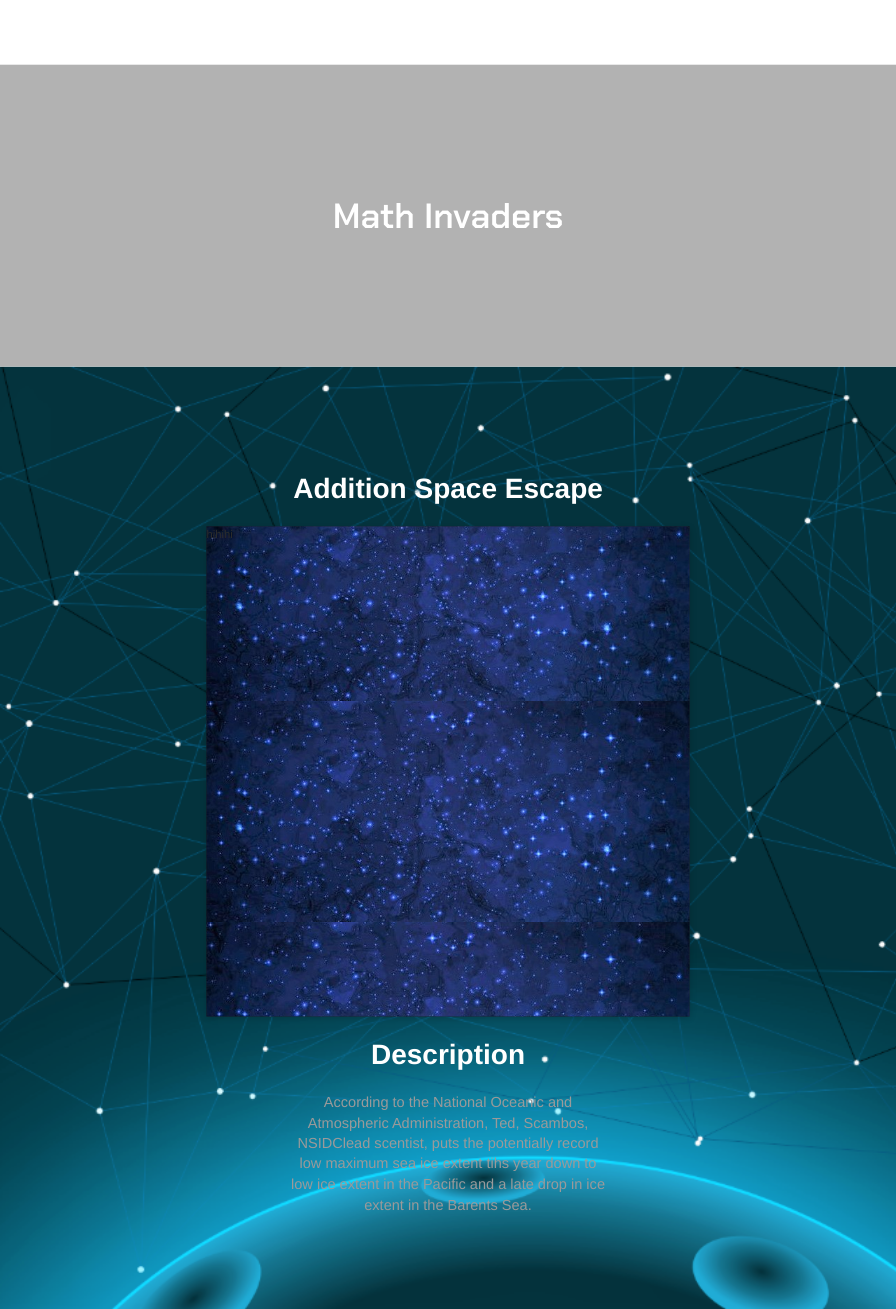
Repository: kkyler24/MathInvader
Page: index.html
The author's editor kept a copy of each file at every save. The page is drawn from the files as they stood at one save, then again after the next save.
The browser window is 1280 px wide. The pictures show the whole page, at 70% of full size.
Some web libraries are served in a nearby version.

Above is the page before, as saved 2020-07-19 19:22:08.
Console error: TypeError: Cannot read properties of null (reading 'appendChild')

### index.html
<!DOCTYPE html>
<html lang="en">
  <head>
    <!-- Required meta tags -->
    <meta charset="utf-8" />
    <meta
      name="viewport"
      content="width=device-width, initial-scale=1, shrink-to-fit=no"
    />

    <!-- Bootstrap CSS -->
    <link
      rel="stylesheet"
      href="https://maxcdn.bootstrapcdn.com/bootstrap/4.0.0/css/bootstrap.min.css"
      integrity="sha384-Gn5384xqQ1aoWXA+058RXPxPg6fy4IWvTNh0E263XmFcJlSAwiGgFAW/dAiS6JXm"
      crossorigin="anonymous"
    />
    <link href="../assets/css/now-ui-kit.css?v=1.2.0" rel="stylesheet" />
    <link
      href="https://fonts.googleapis.com/css2?family=Chakra+Petch:wght@600&display=swap"
      rel="stylesheet"
    />
    <link href="./jsFolder/index.css" rel="stylesheet" />

    <title>Math Invaders</title>
  </head>
  <!-- Navbar -->
  <body class="burger-menu">
    <div id="mainBody">
      <nav
        id="marginb"
        class="navbar navbar-expand-lg fixed-top navbar-transparent"
      >
        <div class="container">
          <a class="navbar-brand" href="#">MCLA</a>
          <div class="separator separator-primary"></div>
          <button
            class="navbar-toggler"
            type="button"
            data-toggle="collapse"
            data-target="#navbarNav"
            aria-controls="navbarNav"
            aria-expanded="false"
            aria-label="Toggle navigation"
          >
            <span class="navbar-toggler-icon"></span>
          </button>
          <div class="collapse navbar-collapse" id="navbarNav">
            <ul class="navbar-nav">
              <li class="nav-item active">
                <a class="nav-link" href="#"
                  >Home <span class="sr-only">(current)</span></a
                >
              </li>
              <li class="nav-item">
                <a class="nav-link" href="#">About Us</a>
              </li>
              <li class="nav-item">
                <a class="nav-link" href="#">Games</a>
              </li>
              <li class="nav-item">
                <a class="nav-link" href="#">Log In</a>
              </li>
            </ul>
          </div>
        </div>
      </nav>
      <div id="wrapper">
        <div class="page-header page-header-small">
          <div class="content-center">
            <div class="container">
              <h1 id="titleG" class="title">Math Invaders</h1>
            </div>
          </div>
        </div>
      </div>
      <div id="backgroundSection" class="section section-about-us">
        <div class="container">
          <div class="section-story-overview">
            <h2 class="title text-center gameT">Addition Space Escape</h2>
            <div class="separator separator-primary"></div>
            <div class="game-wrapper">
<div id="Game" class="Game"> hihihi</div>
<div class="congratulations">
    <h1>Congratulations!</h1>
    <h2>You won the game</h2>
    <button class="btn" onclick="window.location.reload()">Restart</button>
              </div>
              <div class="game-over">
                <h1>GAME OVER</h1>
                <h2>You lost the game</h2>
                <button class="btn" onclick="window.location.reload()">Restart</button>
          </div>
                    </div>
                    <div class="separator separator-primary"></div>
                    <div class="row">
                        <div class="col-md-8 ml-auto mr-auto text-center">
                            <h2 class="title gameT">Description</h2>
                            <h5 class="description">According to the National Oceanic and Atmospheric Administration, Ted, Scambos, NSIDClead scentist, puts the potentially record low maximum sea ice extent tihs year down to low ice extent in the Pacific and a late drop in ice extent in the Barents Sea.</h5>
                        </div>
                    </div>
                </div>
            </div>
        </div>
    </div>
    </div>
    <!-- Optional JavaScript -->
    <!-- jQuery first, then Popper.js, then Bootstrap JS -->
    <script
      src="https://code.jquery.com/jquery-3.2.1.slim.min.js"
      integrity="sha384-KJ3o2DKtIkvYIK3UENzmM7KCkRr/rE9/Qpg6aAZGJwFDMVNA/GpGFF93hXpG5KkN"
      crossorigin="anonymous"
    ></script>
    <script
      src="https://cdnjs.cloudflare.com/ajax/libs/popper.js/1.12.9/umd/popper.min.js"
      integrity="sha384-ApNbgh9B+Y1QKtv3Rn7W3mgPxhU9K/ScQsAP7hUibX39j7fakFPskvXusvfa0b4Q"
      crossorigin="anonymous"
    ></script>
    <script
      src="https://maxcdn.bootstrapcdn.com/bootstrap/4.0.0/js/bootstrap.min.js"
      integrity="sha384-JZR6Spejh4U02d8jOt6vLEHfe/JQGiRRSQQxSfFWpi1MquVdAyjUar5+76PVCmYl"
      crossorigin="anonymous"
    ></script>
    <script src="../assets/js/plugins/bootstrap-switch.js"></script>
    <script
      src="../assets/js/plugins/nouislider.min.js"
      type="text/javascript"
    ></script>
    <script
      src="../assets/js/plugins/bootstrap-datepicker.js"
      type="text/javascript"
    ></script>
    <script
      src="../assets/js/now-ui-kit.js?v=1.2.0"
      type="text/javascript"
    ></script>
    <script src="./jsFolder/Aliens.js"></script>
    <script src="./jsFolder/tokens.js"></script>
    <script src="./jsFolder/game.js"></script>
  </body>
</html>

### jsFolder/index.css
html,
body {
  height: 100%;

  font-size: 16px;
  columns: #222b3f;
}
/*  navbar*/

.navbar.navbar-transparent {
  background-color: transparent !important;
  box-shadow: none;
  color: #fff;
  padding-top: 20px !important;
}

.fixed-top {
  position: fixed;
  top: 0;
  right: 0;
  left: 0;
  z-index: 1030;
}
#navbarNav {
  justify-content: flex-end;
}

#marginb {
  margin-bottom: 20px !important;
}
.navbar {
  position: relative;
  display: flex;
  flex-wrap: wrap;
  align-items: center;
  justify-content: space-between;
  padding: 0.5rem 1rem;
  padding-top: 0.625rem;
  padding-bottom: 0.625rem;
  min-height: 53px;
}

a {
  color: #222b3f;
  text-decoration: none;
  background-color: transparent;
}

.container {
  width: 100%;
  padding-right: 15px;
  padding-left: 15px;
  margin-right: auto;
  margin-left: auto;
}

.button-dropdown {
  padding-right: 0.7rem;
  cursor: pointer;
}

.navbar.navbar-transparent {
  background-color: transparent !important;
  color: #fff;
}

.dropdown {
  position: relative;
}

.navbar > .container {
  display: flex;
  flex-wrap: wrap;
  align-items: center;
  justify-content: space-between;
}

.gameT {
  color: #fff;
}
#titleG {
  font-family: "Chakra Petch", sans-serif;
  font-size: 50px;
  font-weight: 700;
  padding-top: 30px;
}
/*  container */

.page-header.page-header-small {
  min-height: 60vh;
  max-height: 440px;
}

.page-header {
  padding: 0;
  color: #fff;
  position: relative;
  overflow: hidden;
}

.page-header .page-header-image {
  position: absolute;
  background-size: cover;
  background-position: 50%;
  width: 100%;
  height: 100%;
  z-index: -1;
}
.page-header-image {
  background-image: url("./pictures/MathApics/kidsbackgroundspace.png");
  transform: translate3d(0px, 0px, 0px);
}

.navbar-toggler:not(:disabled):not(.disabled) {
  cursor: pointer;
}

.content-center {
  position: absolute;
  top: 50%;
  left: 50%;
  z-index: 2;
  transform: translate(-50%, -50%);
  text-align: center;
  color: #fff;
  padding: 0 15px;
  width: 100%;
  max-width: 880px;
}

.text-center {
  text-align: center !important;
}

.page-header .container {
  height: 100%;
  z-index: 1;
  text-align: center;
  position: relative;
}

.section {
  padding: 70px 0;
  position: relative;
  background: #fff;
}

.row {
  display: flex;
  flex-wrap: wrap;
  margin-right: -15px;
  margin-left: -15px;
}

.ml-auto,
.mx-auto {
  margin-left: auto !important;
}
.mr-auto,
.mx-auto {
  margin-right: auto !important;
}

.col-md-8 {
  position: relative;
  width: 100%;
  padding-right: 15px;
  padding-left: 15px;
}
h2 {
  margin-bottom: 30px;
  line-height: 1.2;
}

#backgroundSection {
  background-image: url("./pictures/MathApics/spaceship/background3591568.png");
  background-repeat: no-repeat;
  background-size: cover;
  width: 100%;
  height: auto;
}

/* Game */

#Game {
  width: 800px;
  height: 700px;
  background: url("/jsFolder/pictures/MathApics/spaceship/cosmicgalaxbluebackground.jpg");
  animation: scroll-background 6s linear infinite;
  box-shadow: 0 2px 10px rgba(0, 0, 0, 0.2);
  position: relative;
}

.wrap {
  display: flex;
  flex-direction: column;
  height: 100%;
}

.game-wrapper {
  flex: 1;
  display: flex;
  justify-content: center;
  align-items: center;
  background: #222;
}

.game .enemy {
  position: absolute;
  margin-left: -20px;
  margin-top: -18px;
  width: 40px;
}

.game .player {
  position: absolute;
  margin-left: -20px;
  width: 40px;
}

.game .laser {
  position: absolute;
  margin-left: -2.5px;
  height: 30px;
}

.game .enemy-laser {
  position: absolute;
  margin-left: -2.5px;
  height: 30px;
}

.congratulations {
  display: none;
  position: absolute;
  background: #c7a526;
  color: white;
  padding: 20px 50px;
  box-shadow: 0 2px 10px rgba(0, 0, 0, 0.2);
  border-radius: 10px;
  text-align: center;
  animation: pop-in 1s;
}

.game-over {
  display: none;
  position: absolute;
  background: #6b1818;
  color: white;
  padding: 20px 50px;
  box-shadow: 0 2px 10px rgba(0, 0, 0, 0.2);
  border-radius: 10px;
  text-align: center;
  animation: pop-in 1s;
}

@keyframes scroll-background {
  from {
    background-position-y: 0px;
  }
  to {
    background-position-y: 256px;
  }
}

@keyframes pop-in {
  0% {
    opacity: 0;
    transform: translate(0, -100px);
  }
  10% {
    opacity: 1;
  }
  50% {
    transform: translate(0, 30px);
  }
  100% {
    transform: translate(0, 0);
  }
}

/* media Queries */

@media (min-width: 768px) {
  .col-md-8 {
    flex: 0 0 66.666667%;
    max-width: 66.666667%;
  }
}
@media (min-width: 768px) {
  .container {
    max-width: 720px;
  }
}

@media (min-width: 992px) {
  .navbar-expand-lg .navbar-toggler {
    display: none;
  }
}

@media (max-width: 991.98px) {
  .navbar-expand-lg > .container {
    padding-right: 0;
    padding-left: 0;
  }
}

@media (min-width: 768px) {
  .container {
    max-width: 720px;
  }
}

@media screen and (max-width: 991px) {
  .button-dropdown {
    display: none;
  }
}

@media (min-width: 992px) {
  .navbar-expand-lg .navbar-toggler {
    display: none;
  }
}

@media screen and (max-width: 991px) {
  .sidebar-collapse .wrapper {
    transition: all 0.5s cubic-bezier(0.685, 0.0473, 0.346, 1);
  }
}

### jsFolder/UIAssets/now-ui-kit-master/assets/js/now-ui-kit.js
/*!

 =========================================================
 * Now UI Kit - v1.3.0
 =========================================================

 * Product Page: https://www.creative-tim.com/product/now-ui-kit
 * Copyright 2019 Creative Tim (http://www.creative-tim.com)

 * Designed by www.invisionapp.com Coded by www.creative-tim.com

 =========================================================

 * The above copyright notice and this permission notice shall be included in all copies or substantial portions of the Software.

 */


var transparent = true;
var big_image;

var transparentDemo = true;
var fixedTop = false;

var navbar_initialized,
  backgroundOrange = false,
  toggle_initialized = false;

var nowuiKit,
  $navbar,
  scroll_distance,
  oVal;

$(document).ready(function() {
  //  Activate the Tooltips
  $('[data-toggle="tooltip"], [rel="tooltip"]').tooltip();

  // Activate Popovers and set color for popovers
  $('[data-toggle="popover"]').each(function() {
    color_class = $(this).data('color');
    $(this).popover({
      template: '<div class="popover popover-' + color_class + '" role="tooltip"><div class="arrow"></div><h3 class="popover-header"></h3><div class="popover-body"></div></div>'
    });
  });

  // Activate the image for the navbar-collapse
  nowuiKit.initNavbarImage();

  $navbar = $('.navbar[color-on-scroll]');
  scroll_distance = $navbar.attr('color-on-scroll') || 500;

  // Check if we have the class "navbar-color-on-scroll" then add the function to remove the class "navbar-transparent" so it will transform to a plain color.

  if ($('.navbar[color-on-scroll]').length != 0) {
    nowuiKit.checkScrollForTransparentNavbar();
    $(window).on('scroll', nowuiKit.checkScrollForTransparentNavbar)
  }

  $('.form-control').on("focus", function() {
    $(this).parent('.input-group').addClass("input-group-focus");
  }).on("blur", function() {
    $(this).parent(".input-group").removeClass("input-group-focus");
  });

  // Activate bootstrapSwitch
  $('.bootstrap-switch').each(function() {
    $this = $(this);
    data_on_label = $this.data('on-label') || '';
    data_off_label = $this.data('off-label') || '';

    $this.bootstrapSwitch({
      onText: data_on_label,
      offText: data_off_label
    });
  });

  if ($(window).width() >= 992) {
    big_image = $('.page-header-image[data-parallax="true"]');

    $(window).on('scroll', nowuiKitDemo.checkScrollForParallax);
  }

  // Activate Carousel
  $('.carousel').carousel({
    interval: 4000
  });

  $('.date-picker').each(function() {
    $(this).datepicker({
      templates: {
        leftArrow: '<i class="now-ui-icons arrows-1_minimal-left"></i>',
        rightArrow: '<i class="now-ui-icons arrows-1_minimal-right"></i>'
      }
    }).on('show', function() {
      $('.datepicker').addClass('open');

      datepicker_color = $(this).data('datepicker-color');
      if (datepicker_color.length != 0) {
        $('.datepicker').addClass('datepicker-' + datepicker_color + '');
      }
    }).on('hide', function() {
      $('.datepicker').removeClass('open');
    });
  });


});

// Javascript just for Demo purpose, remove it from your project
nowuiKitDemo = {
  checkScrollForParallax: debounce(function() {
    var current_scroll = $(this).scrollTop();

    oVal = ($(window).scrollTop() / 3);
    big_image.css({
      'transform': 'translate3d(0,' + oVal + 'px,0)',
      '-webkit-transform': 'translate3d(0,' + oVal + 'px,0)',
      '-ms-transform': 'translate3d(0,' + oVal + 'px,0)',
      '-o-transform': 'translate3d(0,' + oVal + 'px,0)'
    });

  }, 6)

}

// Returns a function, that, as long as it continues to be invoked, will not
// be triggered. The function will be called after it stops being called for
// N milliseconds. If `immediate` is passed, trigger the function on the
// leading edge, instead of the trailing.

function debounce(func, wait, immediate) {
  var timeout;
  return function() {
    var context = this,
      args = arguments;
    clearTimeout(timeout);
    timeout = setTimeout(function() {
      timeout = null;
      if (!immediate) func.apply(context, args);
    }, wait);
    if (immediate && !timeout) func.apply(context, args);
  };
};

$(window).on('resize', function() {
  nowuiKit.initNavbarImage();
});

$(document).on('click', '.navbar-toggler', function() {
  $toggle = $(this);

  if (nowuiKit.misc.navbar_menu_visible == 1) {
    $('html').removeClass('nav-open');
    nowuiKit.misc.navbar_menu_visible = 0;
    $('#bodyClick').remove();
    setTimeout(function() {
      $toggle.removeClass('toggled');
    }, 550);
  } else {
    setTimeout(function() {
      $toggle.addClass('toggled');
    }, 580);
    div = '<div id="bodyClick"></div>';
    $(div).appendTo('body').click(function() {
      $('html').removeClass('nav-open');
      nowuiKit.misc.navbar_menu_visible = 0;
      setTimeout(function() {
        $toggle.removeClass('toggled');
        $('#bodyClick').remove();
      }, 550);
    });

    $('html').addClass('nav-open');
    nowuiKit.misc.navbar_menu_visible = 1;
  }
});

nowuiKit = {
  misc: {
    navbar_menu_visible: 0
  },

  checkScrollForTransparentNavbar: debounce(function() {
    if ($(document).scrollTop() > scroll_distance) {
      if (transparent) {
        transparent = false;
        $('.navbar[color-on-scroll]').removeClass('navbar-transparent');
      }
    } else {
      if (!transparent) {
        transparent = true;
        $('.navbar[color-on-scroll]').addClass('navbar-transparent');
      }
    }
  }, 17),

  initNavbarImage: function() {
    var $navbar = $('.navbar').find('.navbar-translate').siblings('.navbar-collapse');
    var background_image = $navbar.data('nav-image');

    if (background_image != undefined) {
      if ($(window).width() < 991 || $('body').hasClass('burger-menu')) {
        $navbar.css('background', "url('" + background_image + "')")
          .removeAttr('data-nav-image')
          .css('background-size', "cover")
          .addClass('has-image');
      } else {
        $navbar.css('background', "")
          .attr('data-nav-image', '' + background_image + '')
          .css('background-size', "")
          .removeClass('has-image');
      }
    }
  },

  initSliders: function() {
    // Sliders for demo purpose in refine cards section
    var slider = document.getElementById('sliderRegular');

    noUiSlider.create(slider, {
      start: 40,
      connect: [true, false],
      range: {
        min: 0,
        max: 100
      }
    });

    var slider2 = document.getElementById('sliderDouble');

    noUiSlider.create(slider2, {
      start: [20, 60],
      connect: true,
      range: {
        min: 0,
        max: 100
      }
    });
  }
}

// Javascript just for Demo purpose, remove it from your project
nowuiKitDemo = {
  checkScrollForParallax: debounce(function() {
    var current_scroll = $(this).scrollTop();

    oVal = ($(window).scrollTop() / 3);
    big_image.css({
      'transform': 'translate3d(0,' + oVal + 'px,0)',
      '-webkit-transform': 'translate3d(0,' + oVal + 'px,0)',
      '-ms-transform': 'translate3d(0,' + oVal + 'px,0)',
      '-o-transform': 'translate3d(0,' + oVal + 'px,0)'
    });

  }, 6)

}

// Returns a function, that, as long as it continues to be invoked, will not
// be triggered. The function will be called after it stops being called for
// N milliseconds. If `immediate` is passed, trigger the function on the
// leading edge, instead of the trailing.

function debounce(func, wait, immediate) {
  var timeout;
  return function() {
    var context = this,
      args = arguments;
    clearTimeout(timeout);
    timeout = setTimeout(function() {
      timeout = null;
      if (!immediate) func.apply(context, args);
    }, wait);
    if (immediate && !timeout) func.apply(context, args);
  };
};

### jsFolder/game.js
const GAME_WIDTH = 800;
const GAME_HEIGHT = 700;

const KEY_CODE_LEFT = 37;
const KEY_CODE_RIGHT = 39;
const KEY_CODE_SPACE = 32;

// contains entire state of game which included position of player and enemies.
const GAME_STATE = {
  playerX: 0,
  playerY: 0,
};

function setPosition($el, x, y) {
  $el.style.transform = `translate(${x}px, ${y}px)`;
}

function createPlayer($container) {
  GAME_STATE.playerX = GAME_WIDTH / 2;
  GAME_STATE.playerY = GAME_HEIGHT - 50;
  const $player = document.createElement("img");
  $player.src = "img/player-blue-1.png";
  $player.className = "player";
  $container.appendChild($player);
  setPosition($player, GAME_STATE.playerX, GAME_STATE.playerY);
}

// initializes players and function of the game
function init() {
  const $container = document.querySelector(".game");
  createPlayer($container);
}

init();
window.addEventListener("keydown", onKeyDown);

Loaded but not shown: jsFolder/UIAssets/now-ui-kit-master/assets/css/now-ui-kit.css (library); jsFolder/UIAssets/now-ui-kit-master/assets/js/plugins/bootstrap-switch.js (library); jsFolder/UIAssets/now-ui-kit-master/assets/js/plugins/nouislider.min.js (library); jsFolder/UIAssets/now-ui-kit-master/assets/js/plugins/bootstrap-datepicker.js (library); jsFolder/Aliens.js (empty); jsFolder/tokens.js (empty)

After the next save:
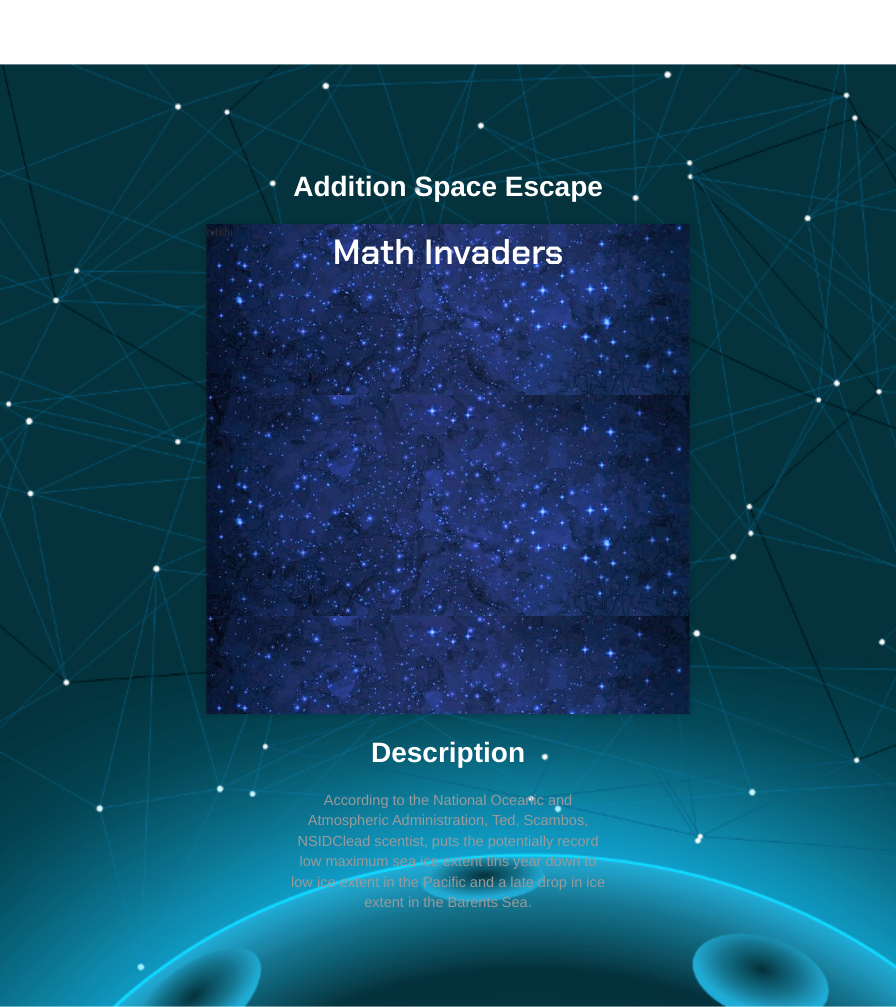
Saved 32 s later.
--- a/index.html
+++ b/index.html
@@ -66,7 +66,6 @@
         </div>
       </nav>
       <div id="wrapper">
-        <div class="page-header page-header-small">
           <div class="content-center">
             <div class="container">
               <h1 id="titleG" class="title">Math Invaders</h1>
